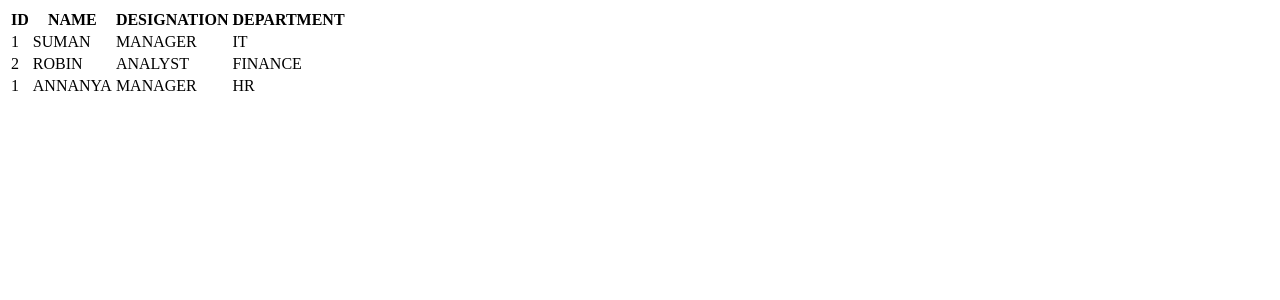
Repository: arindamslt/JEECoding
Page: JEE_FRONTEND/src/main/webapp/10Table.html
These files come from the project's save history. The page is drawn as it stood at one moment and after the next save; the edit follows.
The browser window is 1280 px wide. The pictures show the whole page.

Above is the page before, as saved 2025-07-15 04:51:52.

### JEE_FRONTEND/src/main/webapp/10Table.html
<!DOCTYPE html>
<html>
<head>
<meta charset="ISO-8859-1">
<title>TABLE</title>
</head>
<body>
<table>
	<thead>
		<tr>
			<th>ID</th>
			<th>NAME</th>
			<th>DESIGNATION</th>
			<th>DEPARTMENT</th>
		</tr>
	</thead>
	<tbody>
		<tr>
			<td>1</td>
			<td>SUMAN</td>
			<td>MANAGER</td>
			<td>IT</td>
		</tr>
		<tr>
			<td>2</td>
			<td>ROBIN</td>
			<td>ANALYST</td>
			<td>FINANCE</td>
		</tr>
		<tr>
			<td>1</td>
			<td>ANNANYA</td>
			<td>MANAGER</td>
			<td>HR</td>
		</tr>
	</tbody>
</table>
</body>
</html>

After the next save:
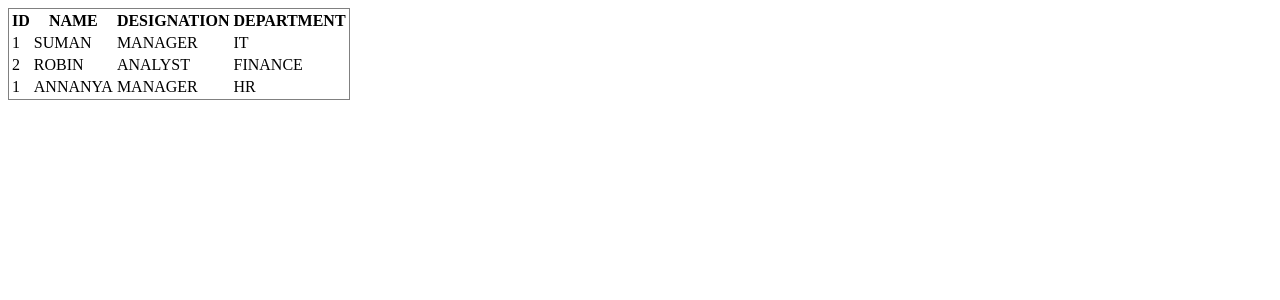
Saved 37 s later.
--- a/JEE_FRONTEND/src/main/webapp/10Table.html
+++ b/JEE_FRONTEND/src/main/webapp/10Table.html
@@ -5,7 +5,7 @@
 <title>TABLE</title>
 </head>
 <body>
-<table>
+<table frame="box">
 	<thead>
 		<tr>
 			<th>ID</th>
